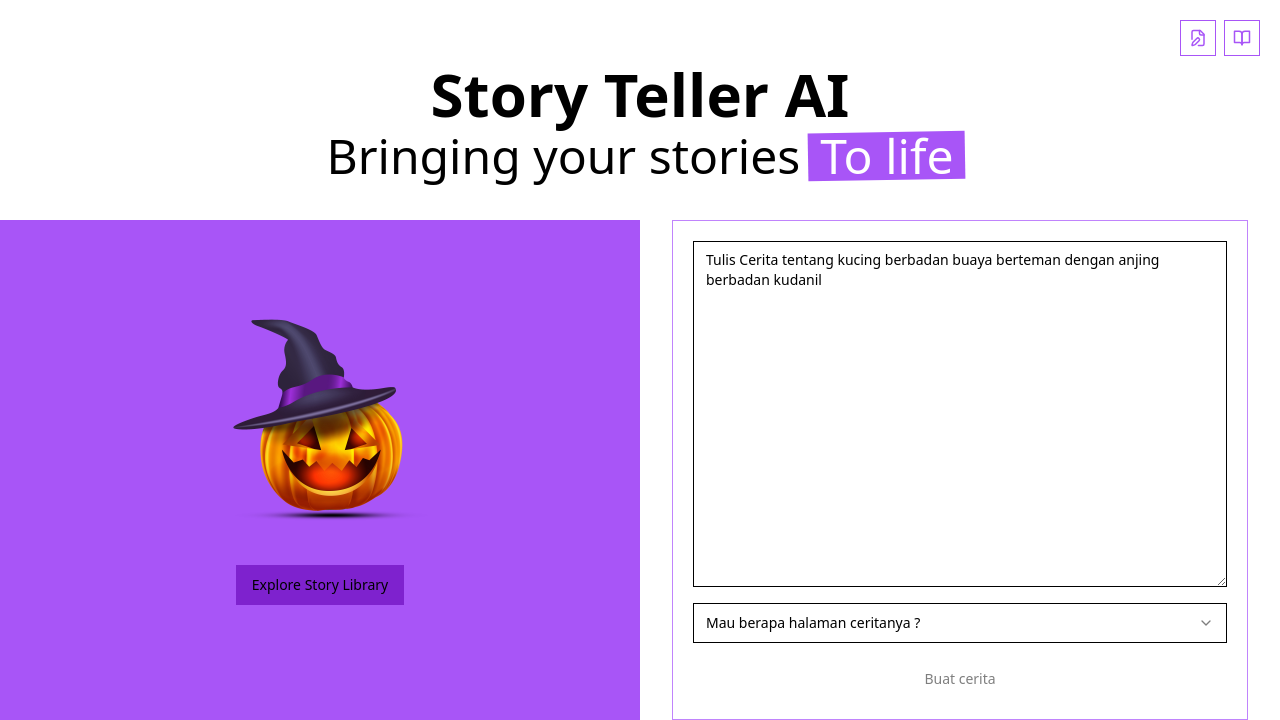
Repository: KilluaProject/story-tellerAI
Page: /
An editor plug-in stored every save of this project. The page is shown before and after the next save, followed by the edit.
The browser window is 1280 px wide. The pictures show the whole page.
The project was rebuilt for these pictures with package versions that can differ from the ones it lists, and the page was loaded fresh each time. The framework's server and built-in components were replaced by stand-ins that run in the browser. Also part of the build but not shown: next.config.mjs.

Above is the page before, as saved 2024-06-25 14:06:16.

After the next save:
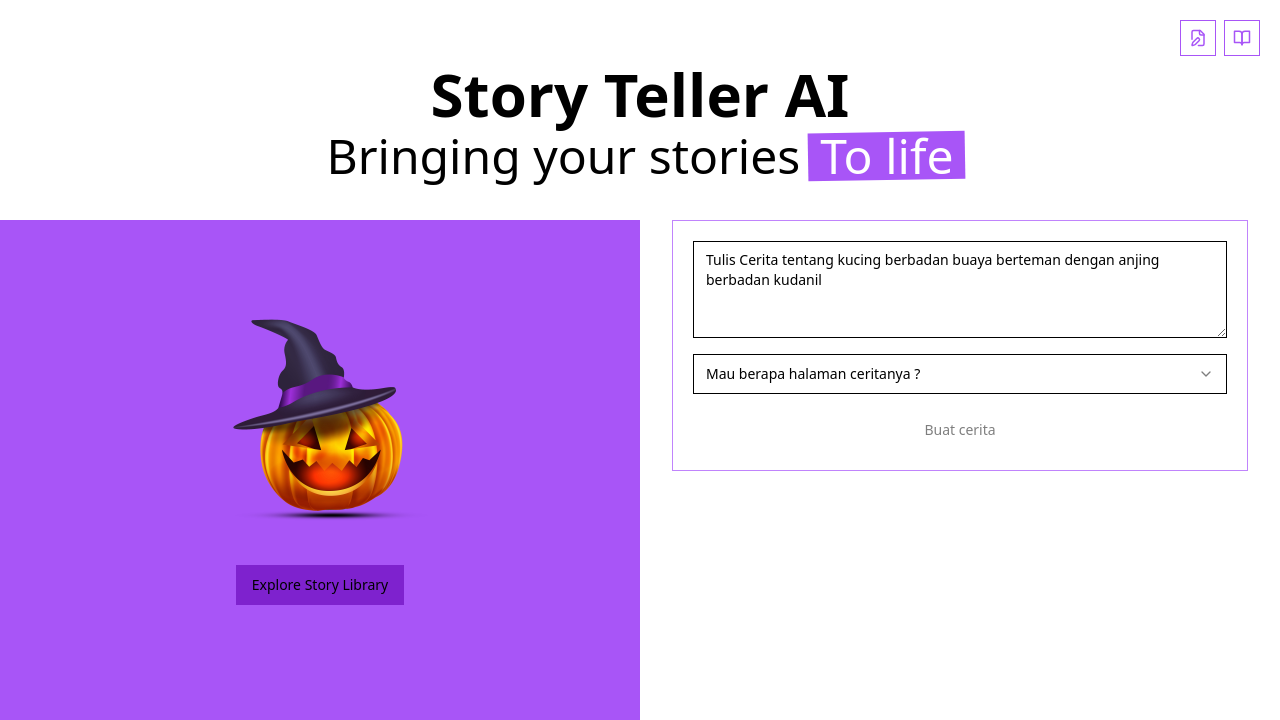
Saved 51 s later.
--- a/components/StoryWriter.tsx
+++ b/components/StoryWriter.tsx
@@ -40,7 +40,7 @@
         className='w-full'>Buat cerita</Button>
     </section>
 
-    <section className='le'>
+    <section className='flex-1 pb-5 mt-5'>
         <div>
 
         </div>
